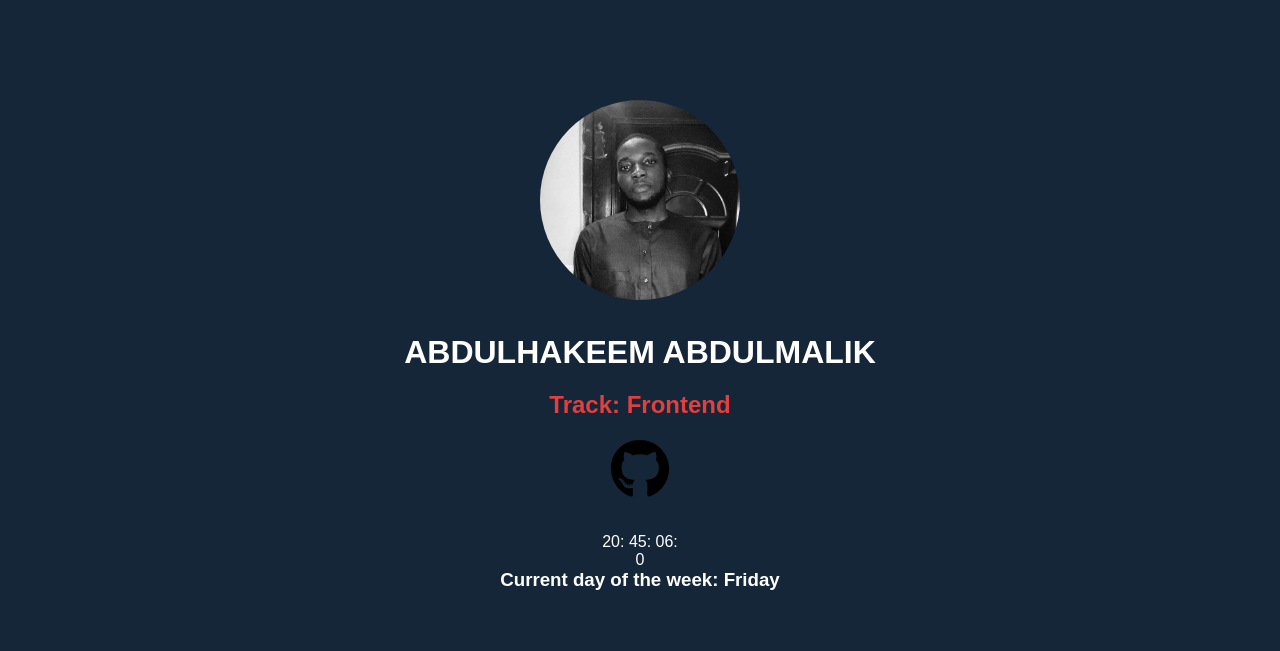
Repository: malikhakeem/HNG-TASK
Page: index.html
These files come from the project's save history. The page is drawn as it stood at one moment and after the next save; the edit follows.
The browser window is 1280 px wide. The pictures show the whole page.

Above is the page before, as saved 2023-09-10 12:20:37.

### index.html
<!DOCTYPE html>
<html lang="en">
  <head>
    <meta charset="UTF-8" />
    <meta name="viewport" content="width=device-width, initial-scale=1.0" />
    <link rel="stylesheet" href="./HNG-TASK1.css" />

    <title>HNG</title>
    <script src="./HNG-TASK1.js"></script>
  </head>

  <body>
    <div class="body">
      <div class="nav">
        <div class="profilepic">
          <img
            data-testId="slackDisplayImage"
            class="profile-pic"
            src="./pic/kim.jpg"
            alt="Malik"
          />
        </div>
        <div class="profie-details">
          <div class="slack-name">
            <h1>ABDULHAKEEM ABDULMALIK</h1>
          </div>
          <div class="track">
            <h2 data-testId="myTrack">Track: Frontend</h2>
          </div>
        </div>
        <div class="github-link">
          <a data-testId="githubURL" href="https://github.com/malikhakeem/HNG-TASK"
            ><img src="./pic//github.svg" width="60" height="60"
          /></a>
        </div>
      </div>

      <div class="task">
        <body onLoad="initClock()">

          <div id="timedate">
            <a id="mon">Time</a>:
            <a id="d">1</a>:
            <a id="y">0</a>:<br />
            <a id="h">12</a>
            <a id="m">00</a>
            <a id="s">00</a>
            <a id="mi">000</a>
          </div>
        <div class="date"></div>
      </div>
    </div>



    <script>
      const date = document.getElementsByClassName("date");
      date[0].innerHTML = "<h3>Current day of the week: " + weekday + "</h3>";
    </script>
  </body>
</html>

### HNG-TASK1.css
* {
  padding: 0px;
  margin: 0px;
}

.profile-pic {
  width: 200px;
  height: 200px;
  border-radius: 50%;
}

.profilepic {
  padding-bottom: 30px;
}

.github-link {
  padding-top: 20px;
}

.time {
  padding-bottom: 10px;
}

.task {
  padding-top: 30px;
}

.body {
  display: flex;
  display: block;
  text-align: center;
}

.track {
  padding-top: 20px;
  color: rgb(226, 63, 63);
}

body {
  padding: 100px 0px 0px 0px;
  color: white;
  display: flex;
  justify-content: center;
  font-family: sans-serif;
  background: #142638;
}

### HNG-TASK1.js
// START CLOCK SCRIPT

Number.prototype.pad = function(n) {
    for (var r = this.toString(); r.length < n; r = 0 + r);
    return r;
  };

  function updateClock() {
    var now = new Date();
    var milli = now.getMilliseconds(),
      sec = now.getSeconds(),
      min = now.getMinutes(),
      hou = now.getHours()

    var tags = ["mon", "d", "y", "h", "m", "s", "mi"],
      corr = [hou.pad(2), min.pad(2), sec.pad(2), milli];
    for (var i = 0; i < tags.length; i++)
      document.getElementById(tags[i]).firstChild.nodeValue = corr[i];
  }

  function initClock() {
    updateClock();
    window.setInterval("updateClock()", 1);
  }

  // END CLOCK SCRIPT


var dateObj = new Date()
var weekday = dateObj.toLocaleString("default", { weekday: "long" })
// weekday = "Saturday"

After the next save:
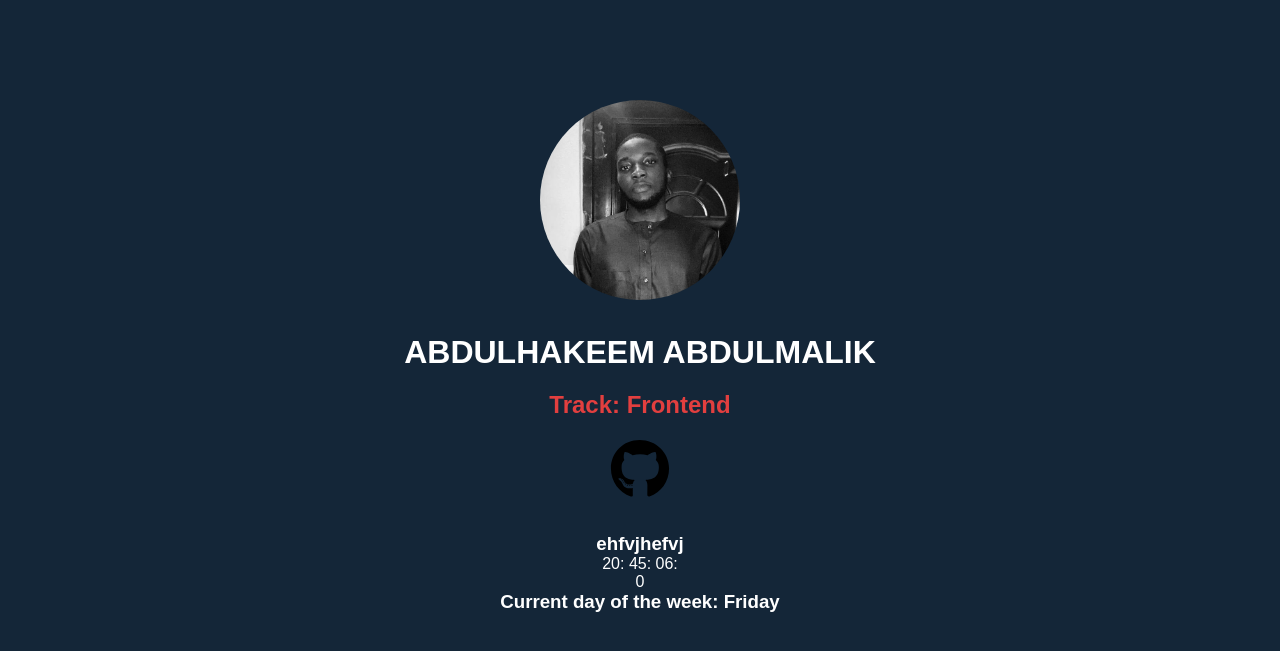
Saved 2 min 39 s later.
--- a/index.html
+++ b/index.html
@@ -37,7 +37,7 @@
 
       <div class="task">
         <body onLoad="initClock()">
-
+<h3>ehfvjhefvj</h3>
           <div id="timedate">
             <a id="mon">Time</a>:
             <a id="d">1</a>:
